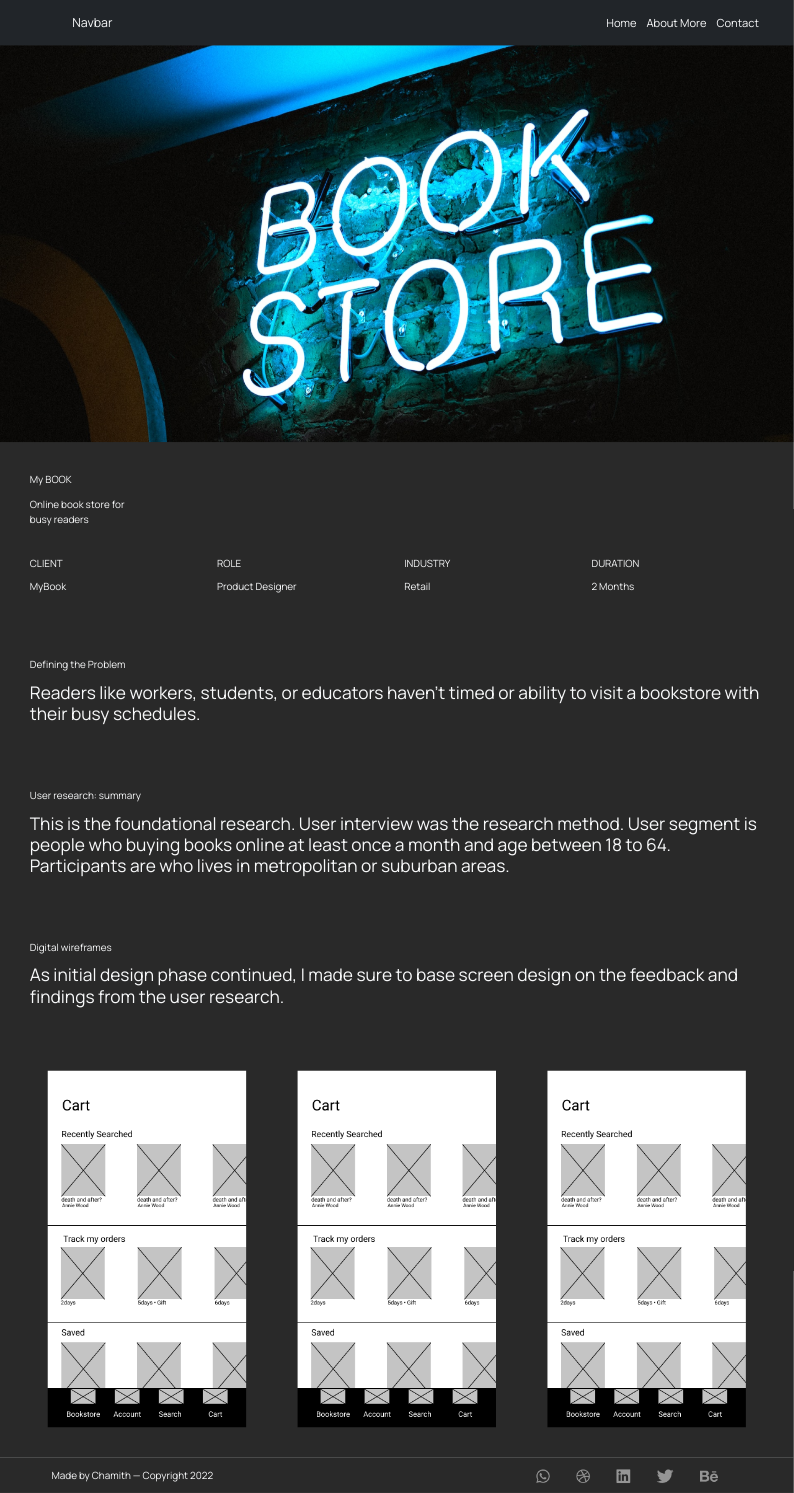
Repository: Realchamithweb/chamith-html
Page: work.html
An editor plug-in stored every save of this project. The page is shown before and after a run of saves, followed by the edit.
The browser window is 1280 px wide. The pictures show the whole page, at 62% of full size.

Above is the page before, as saved 2023-01-24 07:45:57.

After the next 3 saves:
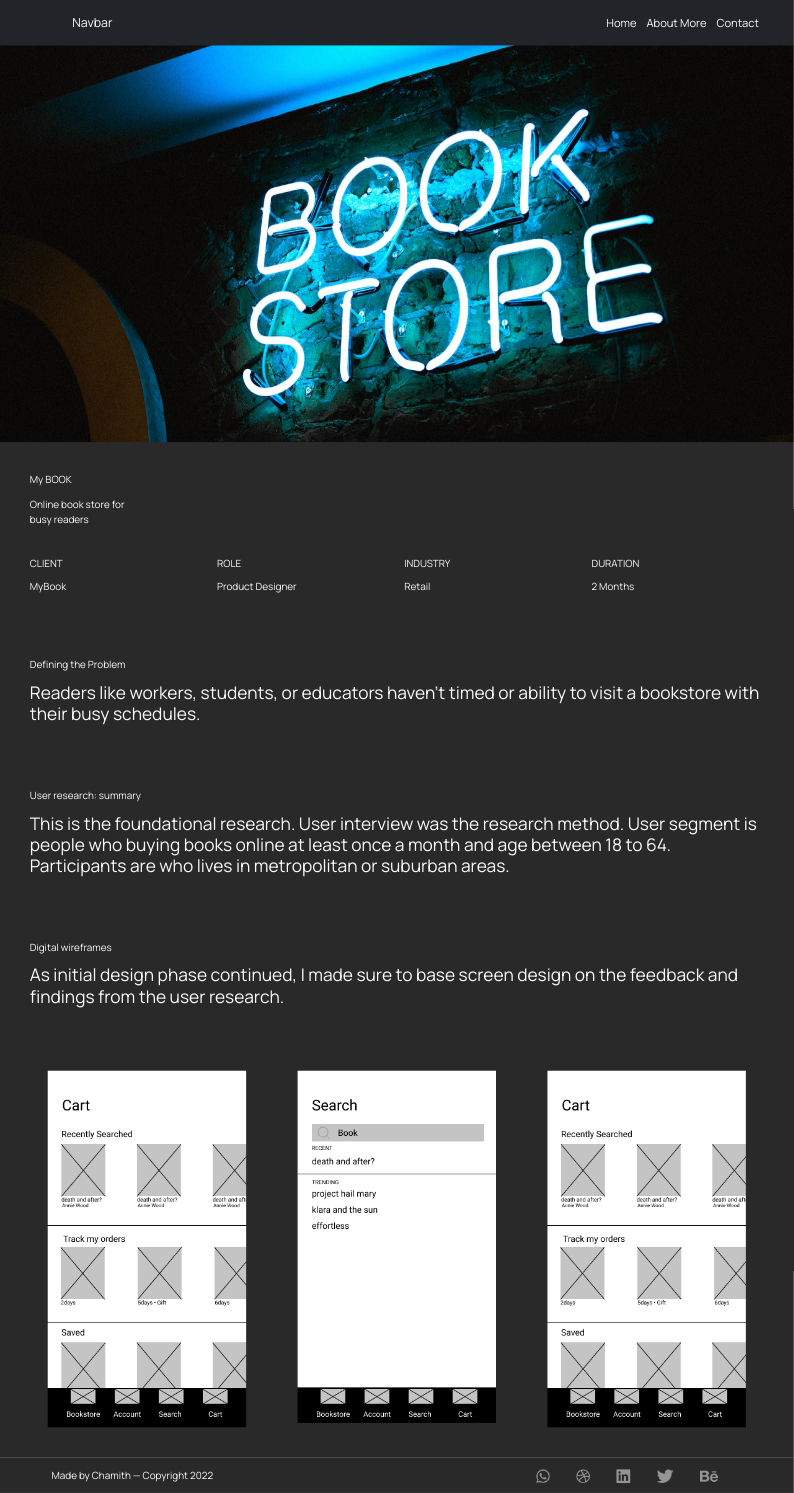
The 3 saves are shown as one change because they came seconds apart.
The last was saved 37 s later.
--- a/work.html
+++ b/work.html
@@ -98,7 +98,7 @@
                         <img src="/inc/Cart.png" class="img-fluid mx-auto d-block text-center">
                     </div>
                     <div class="col-lg-4 mx-auto">
-                        <img src="/inc/Cart.png" class="img-fluid mx-auto d-block text-center">
+                        <img src="/inc/Search.png" class="img-fluid mx-auto d-block text-center">
                     </div>
                     <div class="col-lg-4 mx-auto">
                         <img src="/inc/Cart.png" class="img-fluid mx-auto d-block text-center">
